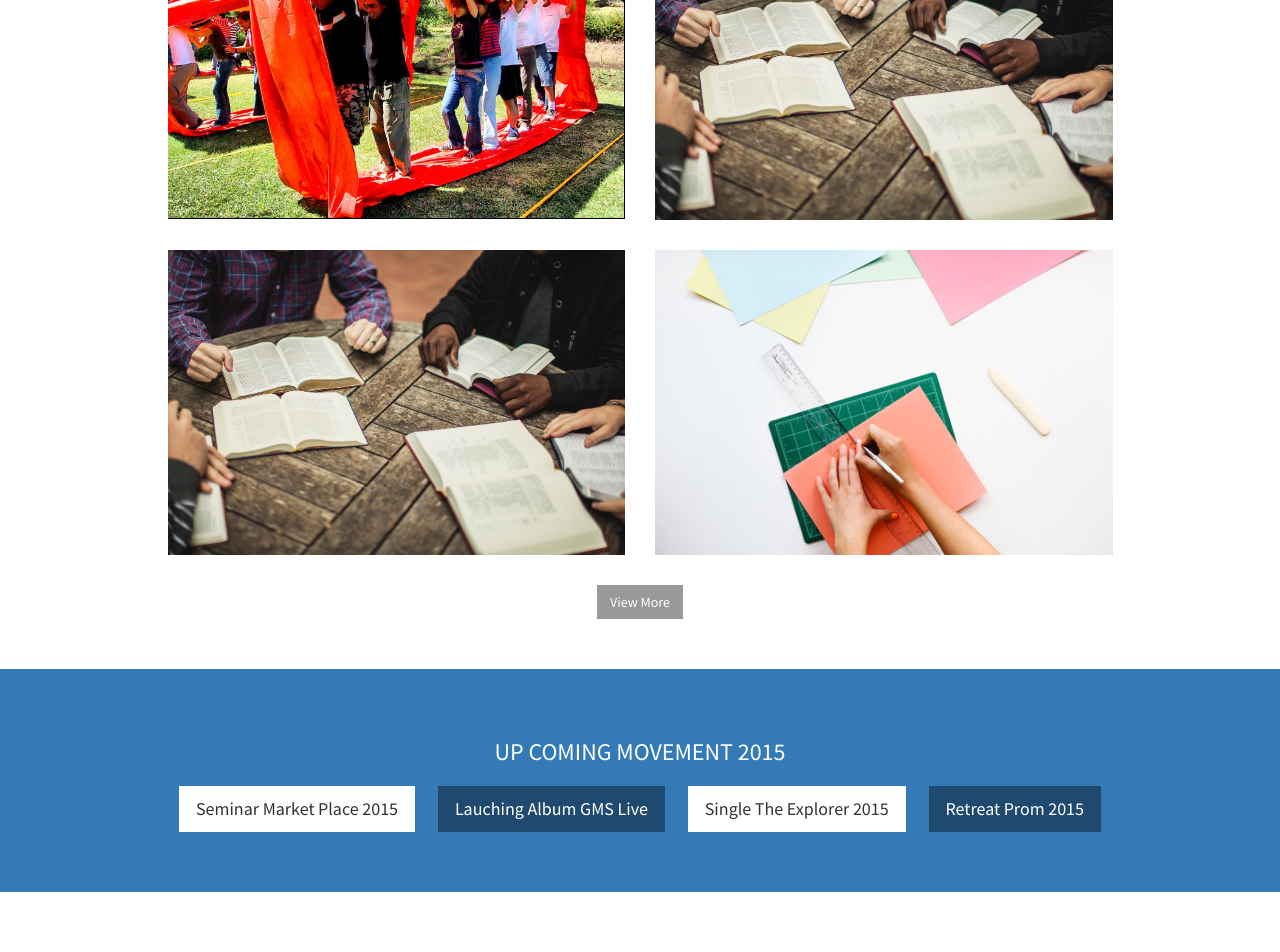
Repository: satriyoministry/revolutioncamp
Page: index.html
The author's editor kept a record of every edit. The page is drawn from the files as they stood at one moment, then again after the next edit.
The browser window is 1280 px wide. The pictures show the part of the page from y = 2053 to 3005 px (the page is 3945 px tall).
Pictures or frames that could not be fetched are drawn as grey boxes.

Above is the page before.

### index.html
<!DOCTYPE html>
<html lang="en">

<head>

    <meta charset="utf-8">
    <meta http-equiv="X-UA-Compatible" content="IE=edge">
    <meta name="viewport" content="width=device-width, initial-scale=1">
    <meta name="description" content="">
    <meta name="author" content="">

    <title>Revolution Camp 2015</title>

    <!-- Bootstrap Core CSS -->
    <link href="css/bootstrap.min.css" rel="stylesheet">

    <!-- Custom CSS -->
    <link href="css/stylish-portfolio.css" rel="stylesheet">

    <!-- Custom Fonts -->
    <link href="font-awesome/css/font-awesome.min.css" rel="stylesheet" type="text/css">
    <link href="http://fonts.googleapis.com/css?family=Source+Sans+Pro:300,400,700,300italic,400italic,700italic" rel="stylesheet" type="text/css">

    <!-- HTML5 Shim and Respond.js IE8 support of HTML5 elements and media queries -->
    <!-- WARNING: Respond.js doesn't work if you view the page via file:// -->
    <!--[if lt IE 9]>
        <script src="https://oss.maxcdn.com/libs/html5shiv/3.7.0/html5shiv.js"></script>
        <script src="https://oss.maxcdn.com/libs/respond.js/1.4.2/respond.min.js"></script>
    <![endif]-->

</head>

<body>

    <!-- Navigation -->
    <a id="menu-toggle" href="#" class="btn btn-dark btn-lg toggle"><i class="fa fa-bars"></i></a>
    <nav id="sidebar-wrapper">
        <ul class="sidebar-nav">
            <a id="menu-close" href="#" class="btn btn-light btn-lg pull-right toggle"><i class="fa fa-times"></i></a>
            <li class="sidebar-brand">
                <a href="#top">@gms_tos</a>
            </li>
            <li>
                <a href="#top">Home</a>
            </li>
            <li>
                <a href="#about">Tema</a>
            </li>
            <li>
                <a href="#services">Speakers</a>
            </li>
            <li>
                <a href="#portfolio">Activities</a>
            </li>
            <li>
                <a href="#contact">Contact</a>
            </li>
        </ul>
    </nav>

    <!-- Header -->
    <header id="top" class="header">
        <div class="text-vertical-center">
            <h1><font color="white">Revolution Camp 2015</font></h1>
            <h3><font color="white">Young Profesional Retreat</font></h3>
            <br>
            <a href="#contact" class="btn btn-dark btn-lg">Find out to venue</a>
            <a href="#contact" class="btn btn-dark btn-lg">Find form register</a>
        </div>
    </header>

    <!-- About -->
    <section id="about" class="about">
        <div class="container">
            <div class="row">
                <div class="col-lg-12 text-center">
                    <h2>GRACE OF JESUS CHRIST</h2>
                    <p class="lead">.<a target="_blank" href="http://join.deathtothestockphoto.com/">TEMA</a>.</p>
                </div>
            </div>
            <!-- /.row -->
        </div>
        <!-- /.container -->
    </section>

    <!-- Services -->
    <!-- The circle icons use Font Awesome's stacked icon classes. For more information, visit http://fontawesome.io/examples/ -->
    <section id="services" class="services bg-primary">
        <div class="container">
            <div class="row text-center">
                <div class="col-lg-10 col-lg-offset-1">
                    <h2>Our Speaker</h2>
                    <hr class="small">
                    <div class="row">
                        <div class="col-md-3 col-sm-6">
                            <div class="service-item">
                                <img class="img-portfolio img-responsive" src="img/tb.jpg">
                                <h4>
                                    <strong>Ps.Thomas Budianto</strong>
                                </h4>
                                <p> Gembala Regional Sulawesi <br>Gereja Mawar Sharon </p>
                                <a href="#" class="btn btn-light">@thomas_budianto</a>
                            </div>
                        </div>
                        <div class="col-md-3 col-sm-6">
                            <div class="service-item">
                                <img class="img-portfolio img-responsive" src="img/an.jpg">
                                <h4>
                                    <strong>Mr.Andreas Nawawi</strong>
                                </h4>
                                <p>Head Marketing<br>Paramount Land</p>
                                <a href="#" class="btn btn-light">@andreasnawawi</a>
                            </div>
                        </div>
                        <div class="col-md-3 col-sm-6">
                            <div class="service-item">
                                <img class="img-portfolio img-responsive" src="img/as.jpg">
                                <h4>
                                    <strong>Mr.Adrian Sarwono</strong>
                                </h4>
                                <p>CEO<br>PT. Kasi Karunia Indonesia</p>
                                <a href="#" class="btn btn-light">@adriansarwono</a>
                            </div>
                        </div>
                        <div class="col-md-3 col-sm-6">
                            <div class="service-item">
                                <img class="img-portfolio img-responsive" src="img/fs.jpg">
                                <h4>
                                    <strong>Pdp. Feybe Saranaung</strong>
                                </h4>
                                <p>Gembala Profesional Muda<br>Gereja Mawar Sharon Manado</p>
                                <a href="#" class="btn btn-light">@feybe_saranaung</a>
                            </div>
                        </div>

                    </div>
                    <!-- /.row (nested) -->
                </div>
                <!-- /.col-lg-10 -->
            </div>
            <!-- /.row -->
        </div>
        <!-- /.container -->
    </section>

    <!-- Callout -->
    <aside class="callout">
        <div class="text-vertical-center">
            <h1>@Sutan Raja Hotel<br> Tgl 20 - 22 Maret 2015</h1>
        </div>
    </aside>

     <!-- Portfolio -->
    <section id="portfolio" class="portfolio">
        <div class="container">
            <div class="row">
                <div class="col-lg-10 col-lg-offset-1 text-center">
                    <h2>Our Activities</h2>
                    <hr class="small">
                    <div class="row">
                        <div class="col-md-6">
                            <div class="portfolio-item">
                                <a href="#">
                                    <img class="img-portfolio img-responsive" src="img/1.jpg">
                                </a>
                            </div>
                        </div>
                        <div class="col-md-6">
                            <div class="portfolio-item">
                                <a href="#">
                                    <img class="img-portfolio img-responsive" src="img/3.jpg">
                                </a>
                            </div>
                        </div>
                        <div class="col-md-6">
                            <div class="portfolio-item">
                                <a href="#">
                                    <img class="img-portfolio img-responsive" src="img/3.jpg">
                                </a>
                            </div>
                        </div>
                        <div class="col-md-6">
                            <div class="portfolio-item">
                                <a href="#">
                                    <img class="img-portfolio img-responsive" src="img/4a.jpg">
                                </a>
                            </div>
                        </div>
                    </div>
                    <!-- /.row (nested) -->
                    <a href="#" class="btn btn-dark">View More</a>
                </div>
                <!-- /.col-lg-10 -->
            </div>
            <!-- /.row -->
        </div>
        <!-- /.container -->
    </section>


    <!-- Call to Action -->
    <aside class="call-to-action bg-primary">
        <div class="container">
            <div class="row">
                <div class="col-lg-12 text-center">
                    <h3>UP COMING MOVEMENT 2015</h3>
                    <a href="#" class="btn btn-lg btn-light">Seminar Market Place 2015</a>
                    <a href="#" class="btn btn-lg btn-dark">Lauching Album GMS Live</a>
                    <a href="#" class="btn btn-lg btn-light">Single The Explorer 2015</a>
                    <a href="#" class="btn btn-lg btn-dark">Retreat Prom 2015</a>
                </div>
            </div>
        </div>
    </aside>

    <!-- Map -->
    <section id="contact" class="map">
        <iframe width="100%" height="100%" frameborder="0" scrolling="no" marginheight="0" marginwidth="0" src="https://www.google.com/maps/embed?pb=!1m14!1m8!1m3!1d3988.50612302976!2d124.92071499999999!3d1.4695099999999999!3m2!1i1024!2i768!4f13.1!3m3!1m2!1s0x32870bb2d8829531%3A0xdaaafba3a19c7589!2sSutan+Raja+Hotel!5e0!3m2!1sen!2sid!4v1422346673105" width="1903" height="506" frameborder="0" style="border:0"></iframe>
        <br />
        <small>
            <a href="https://www.google.com/maps/embed?pb=!1m14!1m8!1m3!1d3988.50612302976!2d124.92071499999999!3d1.4695099999999999!3m2!1i1024!2i768!4f13.1!3m3!1m2!1s0x32870bb2d8829531%3A0xdaaafba3a19c7589!2sSutan+Raja+Hotel!5e0!3m2!1sen!2sid!4v1422346673105" width="1903" height="506" frameborder="0" style="border:0"></a>
        </small>
        </iframe>
    </section>

    <!-- Footer -->
    <footer>
        <div class="container">
            <div class="row">
                <div class="col-lg-10 col-lg-offset-1 text-center">
                    <h4><strong>CONTACT US</strong>
                    </h4>
                    <p>@Kawasan Bahu Mall<br>Depan Lagoon Apartemen</p>
                    <ul class="list-unstyled">
                        <li><i class="fa fa-phone fa-fw fa-1x"></i> (0431) 456-7890</li>
                        <li> <i class="fa fa-mobile fa-fw fa-2x"></i>08123456789</li>
                        <li><i class="fa fa-envelope-o fa-fw"></i>  <a href="mailto:name@example.com">info@sulawesiforjesus.com</a>
                        </li>
                    </ul>
                    <br>
                    <ul class="list-inline">
                        <li>
                            <a href="#"><i class="fa fa-facebook fa-fw fa-3x"></i></a>
                        </li>
                        <li>
                            <a href="https://twitter.com/rev_camp"><i class="fa fa-twitter fa-fw fa-3x"></i></a>
                        </li>
                        <li>
                            <a href="#"><i class="fa fa-instagram fa-fw fa-3x"></i></a>
                        </li>
                        <li>
                            <a href="#"><i class="fa fa-youtube fa-fw fa-3x"></i></a>
                        </li>
                    </ul>
                    <hr class="small">
                    <p class="text-muted">Copyright &copy;@raisecamp2015</p>
                </div>
            </div>
        </div>
    </footer>

    <!-- jQuery -->
    <script src="js/jquery.js"></script>

    <!-- Bootstrap Core JavaScript -->
    <script src="js/bootstrap.min.js"></script>

    <!-- Custom Theme JavaScript -->
    <script>
    // Closes the sidebar menu
    $("#menu-close").click(function(e) {
        e.preventDefault();
        $("#sidebar-wrapper").toggleClass("active");
    });

    // Opens the sidebar menu
    $("#menu-toggle").click(function(e) {
        e.preventDefault();
        $("#sidebar-wrapper").toggleClass("active");
    });

    // Scrolls to the selected menu item on the page
    $(function() {
        $('a[href*=#]:not([href=#])').click(function() {
            if (location.pathname.replace(/^\//, '') == this.pathname.replace(/^\//, '') || location.hostname == this.hostname) {

                var target = $(this.hash);
                target = target.length ? target : $('[name=' + this.hash.slice(1) + ']');
                if (target.length) {
                    $('html,body').animate({
                        scrollTop: target.offset().top
                    }, 1000);
                    return false;
                }
            }
        });
    });
    </script>

</body>

</html>

### css/stylish-portfolio.css
/*!
 * Start Bootstrap - Stylish Portfolio Bootstrap Theme (http://startbootstrap.com)
 * Code licensed under the Apache License v2.0.
 * For details, see http://www.apache.org/licenses/LICENSE-2.0.
 */

/* Global Styles */

html,
body {
    width: 100%;
    height: 100%;
}

body {
    font-family: "Source Sans Pro","Helvetica Neue",Helvetica,Arial,sans-serif;
}

.text-vertical-center {
    display: table-cell;
    text-align: center;
    vertical-align: middle;
}

.text-vertical-center h1 {
    margin: 0;
    padding: 0;
    font-size: 4.5em;
    font-weight: 700;
}

/* Custom Button Styles */

.btn-dark {
    border-radius: 0;
    color: #fff;
    background-color: rgba(0,0,0,0.4);
}

.btn-dark:hover,
.btn-dark:focus,
.btn-dark:active {
    color: #fff;
    background-color: rgba(0,0,0,0.7);
}

.btn-light {
    border-radius: 0;
    color: #333;
    background-color: rgb(255,255,255);
}

.btn-light:hover,
.btn-light:focus,
.btn-light:active {
    color: #333;
    background-color: rgba(255,255,255,0.8);
}

/* Custom Horizontal Rule */

hr.small {
    max-width: 100px;
}

/* Side Menu */

#sidebar-wrapper {
    z-index: 1000;
    position: fixed;
    right: 0;
    width: 250px;
    height: 100%;
    margin-right: -250px;
    overflow-y: auto;
    background: #222;
    -webkit-transition: all 0.4s ease 0s;
    -moz-transition: all 0.4s ease 0s;
    -ms-transition: all 0.4s ease 0s;
    -o-transition: all 0.4s ease 0s;
    transition: all 0.4s ease 0s;
}

.sidebar-nav {
    position: absolute;
    top: 0;
    width: 250px;
    margin: 0;
    padding: 0;
    list-style: none;
}

.sidebar-nav li {
    text-indent: 20px;
    line-height: 40px;
}

.sidebar-nav li a {
    display: block;
    text-decoration: none;
    color: #999;
}

.sidebar-nav li a:hover {
    text-decoration: none;
    color: #fff;
    background: rgba(255,255,255,0.2);
}

.sidebar-nav li a:active,
.sidebar-nav li a:focus {
    text-decoration: none;
}

.sidebar-nav > .sidebar-brand {
    height: 55px;
    font-size: 18px;
    line-height: 55px;
}

.sidebar-nav > .sidebar-brand a {
    color: #999;
}

.sidebar-nav > .sidebar-brand a:hover {
    color: #fff;
    background: none;
}

#menu-toggle {
    z-index: 1;
    position: fixed;
    top: 0;
    right: 0;
}

#sidebar-wrapper.active {
    right: 250px;
    width: 250px;
    -webkit-transition: all 0.4s ease 0s;
    -moz-transition: all 0.4s ease 0s;
    -ms-transition: all 0.4s ease 0s;
    -o-transition: all 0.4s ease 0s;
    transition: all 0.4s ease 0s;
}

.toggle {
    margin: 5px 5px 0 0;
}

/* Header */

.header {
    display: table;
    position: relative;
    width: 100%;
    height: 100%;
    background: url(../img/bg.jpg) no-repeat center center scroll;
    -webkit-background-size: cover;
    -moz-background-size: cover;
    background-size: cover;
    -o-background-size: cover;
}

/* About */

.about {
    padding: 50px 0;
}

/* Services */

.services {
    padding: 50px 0;
}

.service-item {
    margin-bottom: 30px;
}

/* Callout */

.callout {
    display: table;
    width: 100%;
    height: 400px;
    color: #fff;
    background: url(../img/callout.jpg) no-repeat center center scroll;
    -webkit-background-size: cover;
    -moz-background-size: cover;
    background-size: cover;
    -o-background-size: cover;
}

/* Portfolio */

.portfolio {
    padding: 50px 0;
}

.portfolio-item {
    margin-bottom: 30px;
}

.img-portfolio {
    margin: 0 auto;
}

.img-portfolio:hover {
    opacity: 0.8;
}

/* Call to Action */

.call-to-action {
    padding: 50px 0;
}

.call-to-action .btn {
    margin: 10px;
}

/* Map */

.map {
    height: 500px;
}

@media(max-width:768px) {
    .map {
        height: 75%;
    }
}

/* Footer */

footer {
    padding: 100px 0;
}

Loaded but not shown: css/bootstrap.min.css (library); font-awesome/css/font-awesome.min.css (library); js/jquery.js (library); js/bootstrap.min.js (library)

After the next edit:
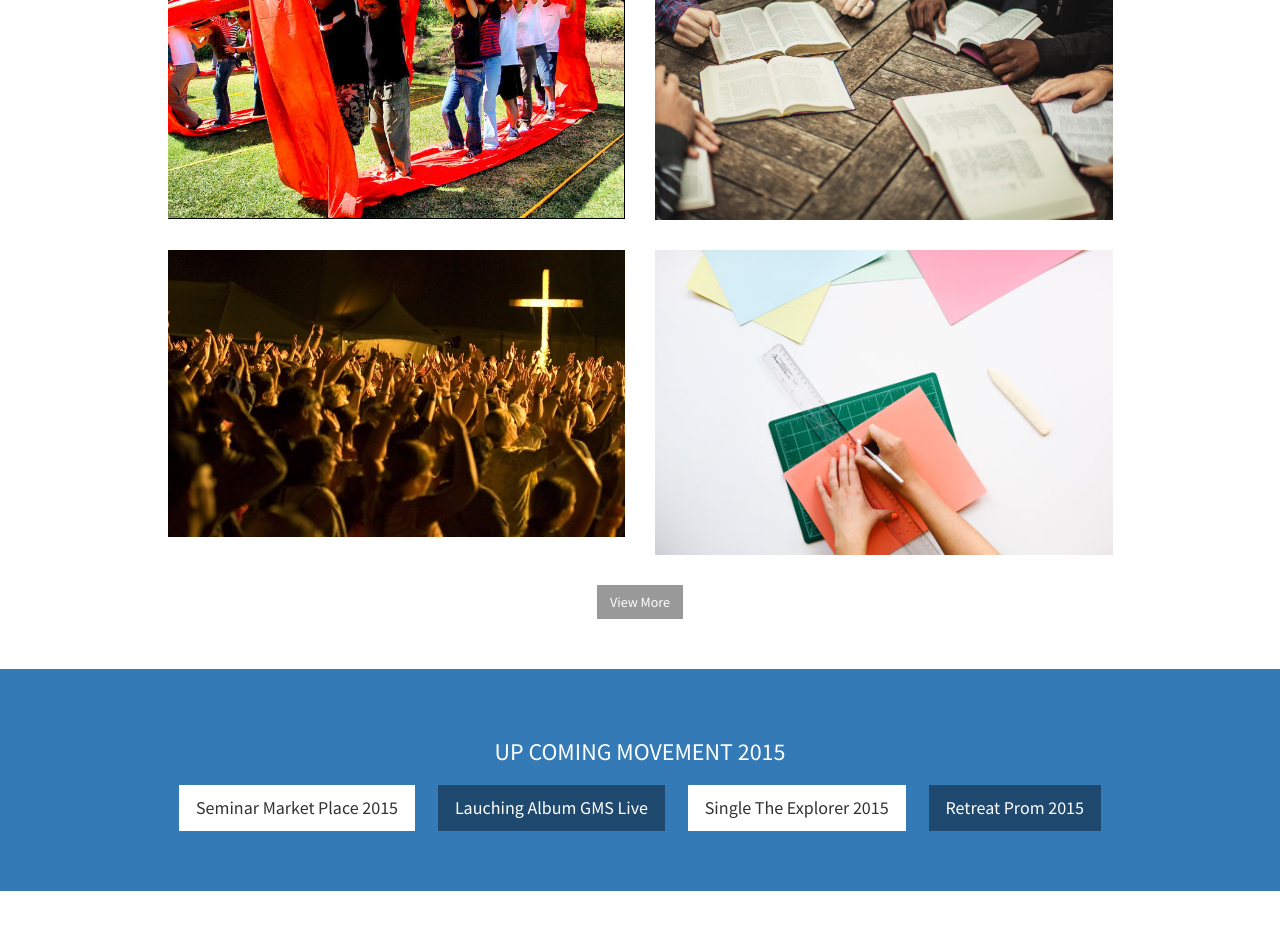
The edit:
--- a/index.html
+++ b/index.html
@@ -175,7 +175,7 @@
                         <div class="col-md-6">
                             <div class="portfolio-item">
                                 <a href="#">
-                                    <img class="img-portfolio img-responsive" src="img/3.jpg">
+                                    <img class="img-portfolio img-responsive" src="img/2.jpg">
                                 </a>
                             </div>
                         </div>
